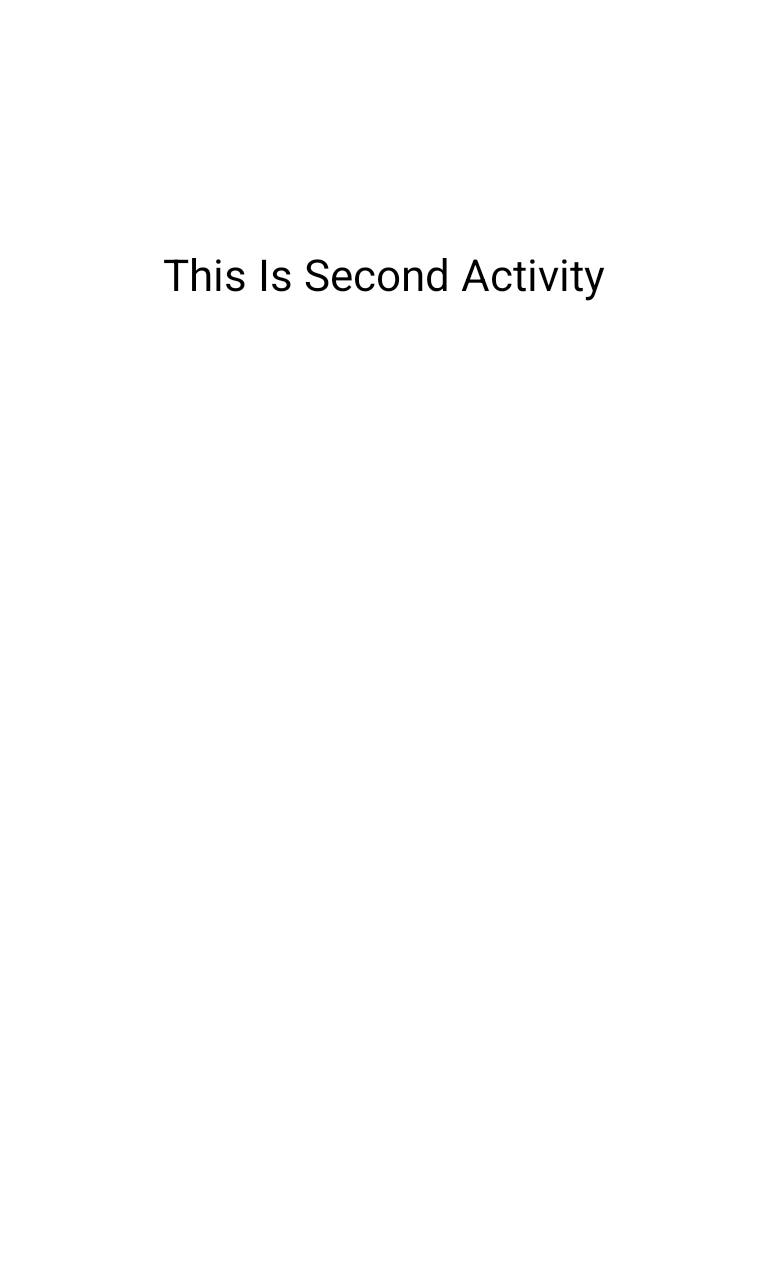
Repository: MadhuHS/OECM-1
Layout: Intents/res/layout/activity_second.xml
These files come from the project's save history. The layout is drawn as it stood at one moment and after the next save; the edit follows.
It is drawn on a 768 x 1280 px phone screen (xhdpi) without system bars, with theme AppTheme; the app's code is not run.

Above is the layout before, as saved 2015-09-30 14:15:10.

### Intents/res/layout/activity_second.xml
<RelativeLayout xmlns:android="http://schemas.android.com/apk/res/android"
    xmlns:tools="http://schemas.android.com/tools"
    android:layout_width="match_parent"
    android:layout_height="match_parent"
    android:paddingBottom="@dimen/activity_vertical_margin"
    android:paddingLeft="@dimen/activity_horizontal_margin"
    android:paddingRight="@dimen/activity_horizontal_margin"
    android:paddingTop="@dimen/activity_vertical_margin"
    android:background="#CCF34"
    tools:context=".SecondActivity" >

    <TextView
        android:id="@+id/textView1"
        android:layout_width="wrap_content"
        android:layout_height="wrap_content"
        android:layout_alignParentTop="true"
        android:layout_centerHorizontal="true"
        android:layout_marginTop="106dp"
        android:text="This Is Second Activity"
        android:textAppearance="?android:attr/textAppearanceLarge" />

</RelativeLayout>

Loaded but not shown: Intents/res/values/styles.xml (common file); Intents/res/values-v11/styles.xml (common file); Intents/res/values-v14/styles.xml (common file); Intents/res/values/dimens.xml (common file)

After the next save:
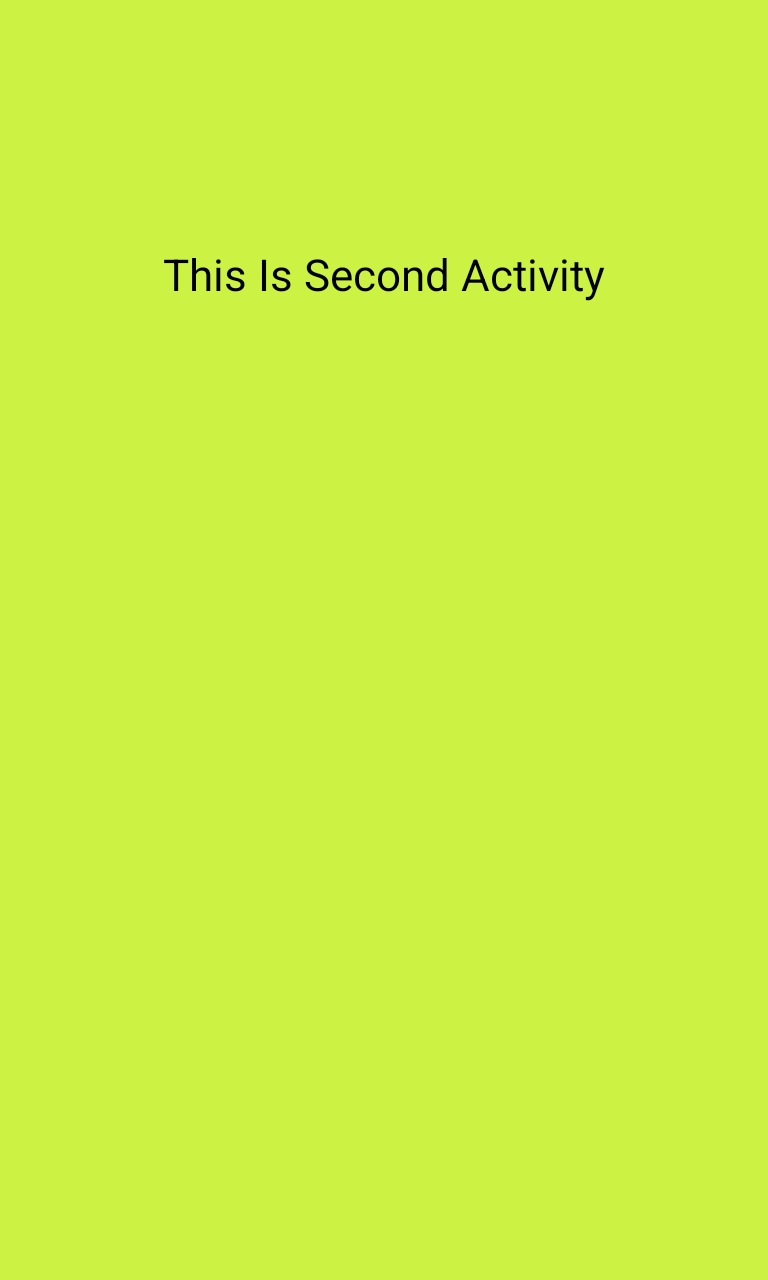
Saved 9 s later.
--- a/Intents/res/layout/activity_second.xml
+++ b/Intents/res/layout/activity_second.xml
@@ -6,7 +6,7 @@
     android:paddingLeft="@dimen/activity_horizontal_margin"
     android:paddingRight="@dimen/activity_horizontal_margin"
     android:paddingTop="@dimen/activity_vertical_margin"
-    android:background="#CCF34"
+    android:background="#CCF344"
     tools:context=".SecondActivity" >
 
     <TextView
